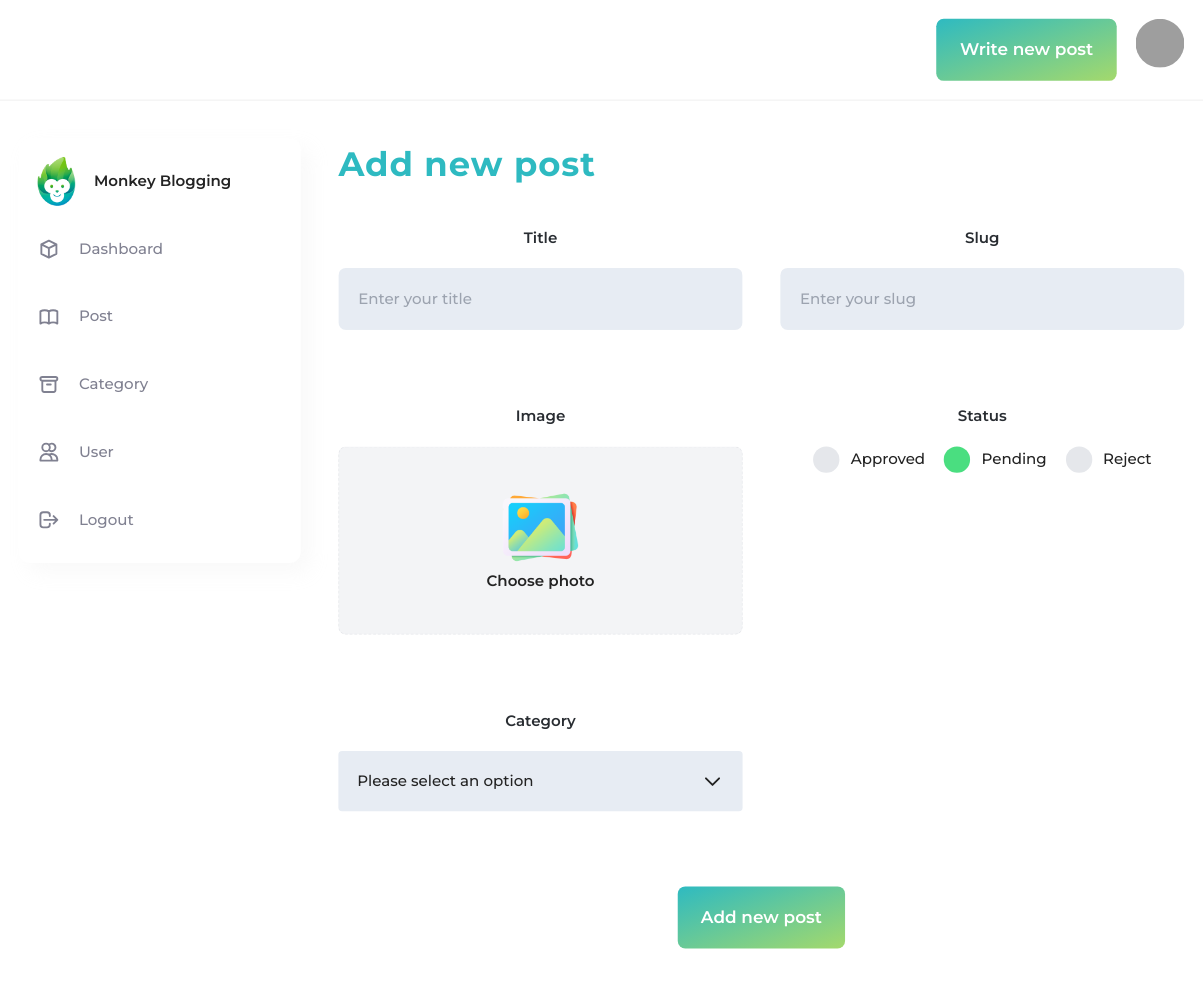
Repository: ThanhPhongsof/react-course-projects
Page: /manage/add-post (app in react-monkey-bloging/)
These files come from the project's save history. The page is drawn as it stood at one moment and after the next save; the edit follows.
The browser window is 1280 px wide. The pictures show the whole page, at 94% of full size.
Pictures or frames that could not be fetched are drawn as grey boxes. The project was rebuilt for these pictures with package versions that can differ from the ones it lists, and the page was loaded fresh each time. Also part of the build but not shown: react-monkey-bloging/src/page/AuthenticationPage.js, react-monkey-bloging/src/components/icon/IconEyeOpen.js, react-monkey-bloging/src/components/icon/IconEyeClose.js, react-monkey-bloging/src/components/icon/index.js, react-monkey-bloging/src/components/input/InputPasswordToggle.js, react-monkey-bloging/src/page/SignUpPage.js, react-monkey-bloging/src/page/SignInPage.js, react-monkey-bloging/src/components/layout/Header.js and 21 more. Imported but missing from the stored project, and not drawn on this page: react-monkey-bloging/src/components/loading/LoadingSpinner, react-monkey-bloging/src/module/post/PostMeta.

Above is the page before, as saved 2022-05-09 15:14:40.

After the next save:
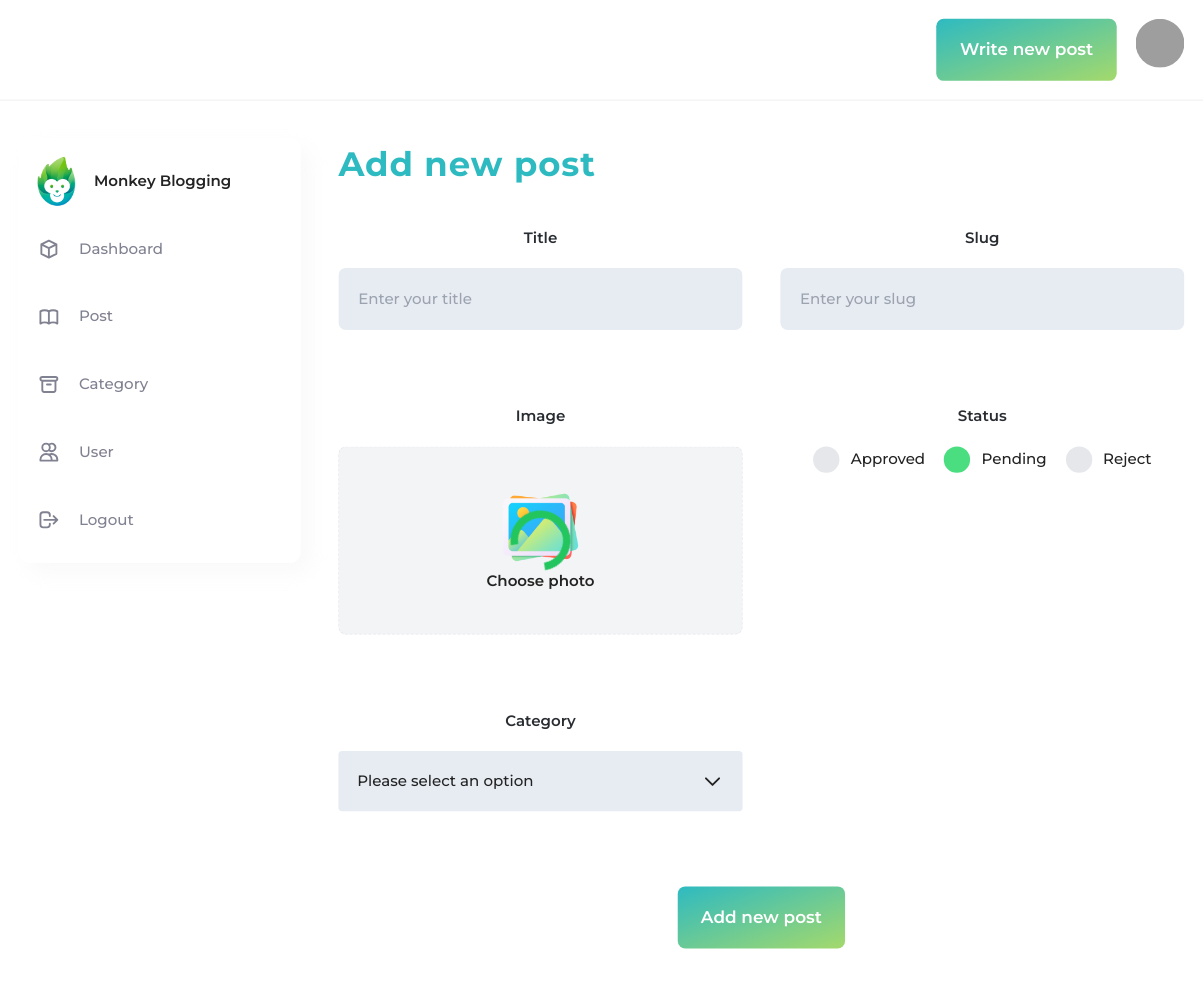
Saved 27 s later.
--- a/react-monkey-bloging/src/components/image/ImageUpload.js
+++ b/react-monkey-bloging/src/components/image/ImageUpload.js
@@ -110,7 +110,8 @@
         onChange={() => {}}
         {...rest}
       />
-      {progress !== 0 && !image && <div className="image-loading"></div>}
+      {/* {progress !== 0 && !image && <div className="image-loading"></div>} */}
+      <div className="image-loading"></div>
       {image ? (
         <Fragment>
           <img src={image} className="image-show" alt="" />
